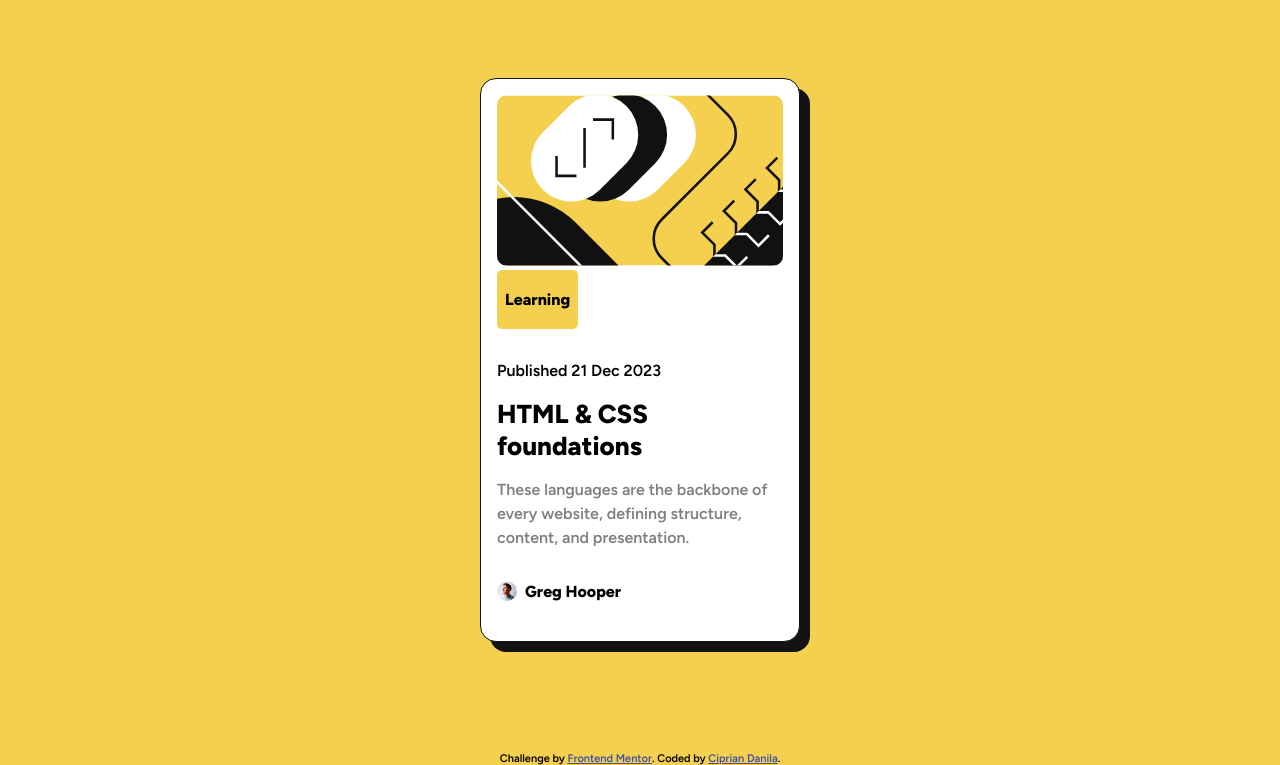
Repository: cipdanila/blog-preview-card
Page: index.html
These files come from the project's save history. The page is drawn as it stood at one moment and after the next save; the edit follows.
The browser window is 1280 px wide. The pictures show the whole page.

Above is the page before, as saved 2024-01-28 14:20:41.

### index.html
<!DOCTYPE html>
<html lang="en">
<head>
  <meta charset="UTF-8">
  <meta name="viewport" content="width=device-width, initial-scale=1.0"> <!-- displays site properly based on user's device -->

  <link rel="icon" type="image/png" sizes="32x32" href="./assets/images/favicon-32x32.png">
  <link rel="stylesheet" href="style.css">
  <title>Frontend Mentor | Blog preview card</title>

</head>
<body>
  <main>
    <div class="card">
      <div class="image-card">
        <img src="./assets/images/illustration-article.svg" alt="illustration article">
      </div>
      <div class="text-card">
        <div class="learning">
          <p>Learning</p>
        </div>
        <div class="publish">
          <p>Published 21 Dec 2023</p>
        </div>
        <div class="title">
          <h1>HTML & CSS foundations</h1>
        </div>
        <div class="info">
          <p>
            These languages are the backbone of every website, defining structure, content, and presentation.
          </p>
        </div>
        <div class="avatar">
          <img src="./assets/images/image-avatar.webp" alt="avatar">
          <p>Greg Hooper</p>
        </div>
      </div>
    </div>
  </main>

  <footer>
    <div class="attribution">
        Challenge by
        <a
            href="https://www.frontendmentor.io/challenges/blog-preview-card-ckPaj01IcS"
            target="_blank"
            rel="noopener noreferer"
            >Frontend Mentor</a
        >. Coded by <a href="https://github.com/cipdanila" target="_blank" rel="noopener noreferer">Ciprian Danila</a>.
    </div>
</footer>
</body>
</html>

### style.css
@import url('https://fonts.googleapis.com/css2?family=Figtree:wght@600;800&display=swap');

:root {
    /* Colors */
    /* Primary */
    --yellow: hsl(47, 88%, 63%);

    /* Neutral */
    --white: hsl(0, 0%, 100%);
    --grey: hsl(0, 0%, 50%);
    --black: hsl(0, 0%, 7%);
}

* {
    box-sizing: border-box;
}

body, html {
    margin: 0;
    padding: 0;
    height: 100%;
    font-family: 'Figtree', sans-serif;
    font-size: 1rem;
    font-weight: 600;
    background-color: var(--yellow);
}

main {
    display: flex;
    justify-content: center;
    align-items: center;
    height: 100%;
}

.card {
    width: 20rem;
    border-radius: 1rem;
    border: 1px solid var(--black);
    box-shadow: 10px 10px var(--black);
    background-color: var(--white);
    display: flex;
    flex-direction: column;
    align-items: center;
    padding: 1rem;
}

.image-card {
    text-align: center;
}

img {
    max-width: 100%;
    height: auto;
    border-radius: 0.625rem;
}

.text-card {
    text-align: left;
}

.learning {
    display: inline-block;
    background-color: var(--yellow);
    margin-bottom: 1rem;
    padding: 0.25rem 0.5rem;
    border-radius: 5px;
    font-weight: 800;
}

.publish, .title, .info, .avatar {
    margin-bottom: 0.5rem;
}

.title h1 {
    font-weight: 800;
    font-size: 1.625rem;
    margin-bottom: 0.5rem;
}

.info p {
    color: var(--grey);
    line-height: 1.5;
    font-weight: 100;
}

.avatar {
    display: flex;
    align-items: center;
}

.avatar img {
    width: 20px;
    height: auto;
    border-radius: 50%;
    margin-right: 0.5rem;
}

.avatar p {
    font-weight: 800;
}

footer {
    margin-top: 2rem;
}

.attribution {
    font-size: 11px;
    text-align: center;
}
.attribution a {
    color: hsl(228, 45%, 44%);
}

After the next save:
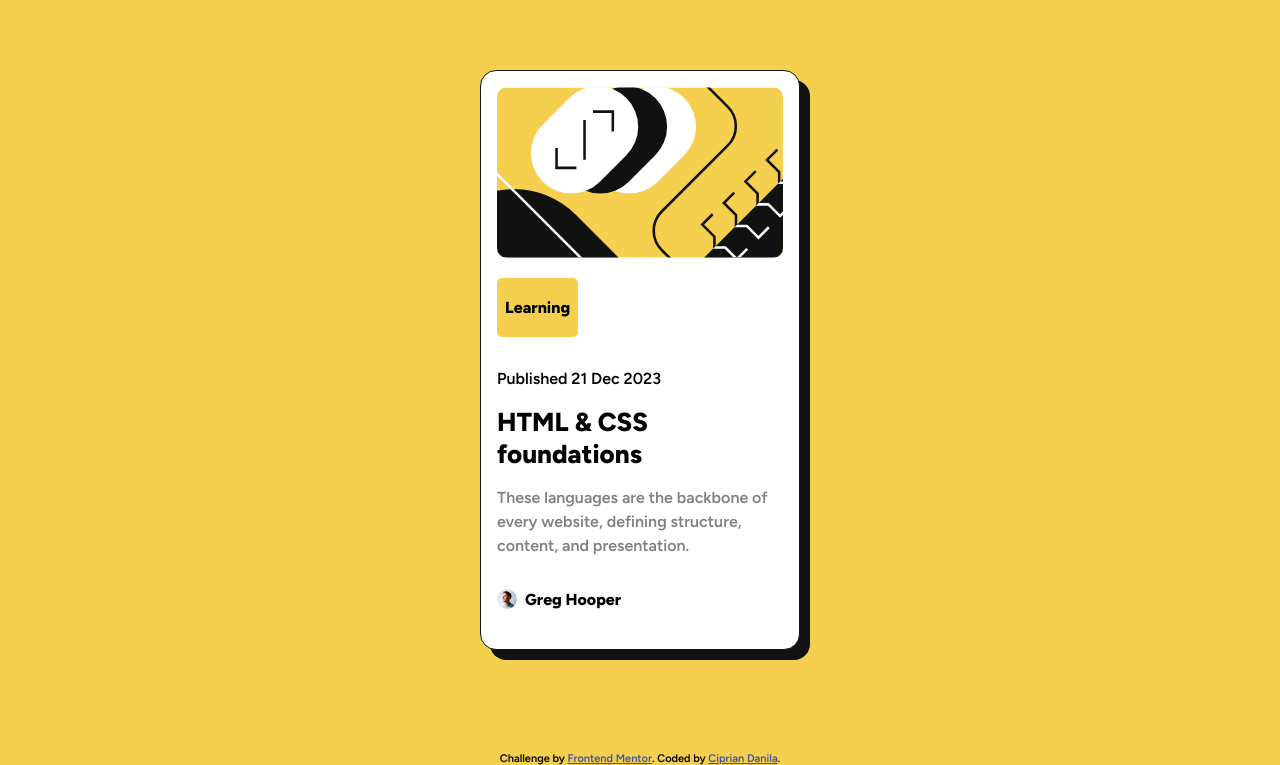
Saved 86 s later.
--- a/style.css
+++ b/style.css
@@ -61,7 +61,7 @@
 .learning {
     display: inline-block;
     background-color: var(--yellow);
-    margin-bottom: 1rem;
+    margin: 1rem 0;
     padding: 0.25rem 0.5rem;
     border-radius: 5px;
     font-weight: 800;
